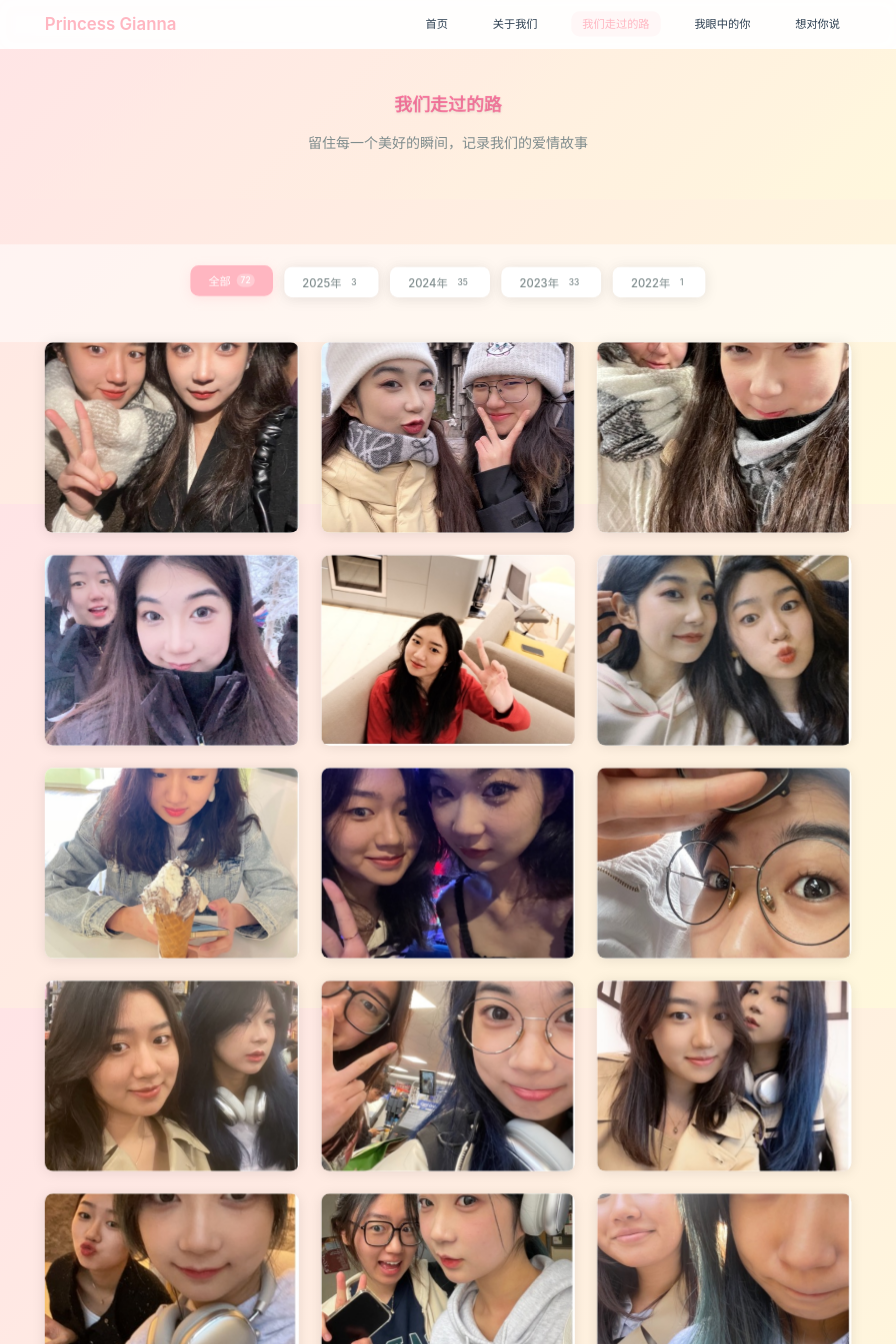
Repository: PrincessGianna/PrincessGianna.github.io
Page: pages/gallery.html
The author's editor kept a copy of each file at every save. The page is drawn from the files as they stood at one save, then again after the next save.
The browser window is 1280 px wide. The pictures show the part of the page from y = 0 to 1920 px (the page is 7881 px tall before and 720 px after), at 70% of full size.
Backgrounds fixed to the window are drawn as part of the page.

Above is the page before, as saved 2025-09-25 10:49:46.
Console error: ReferenceError: showTagModal is not defined

After the next save:
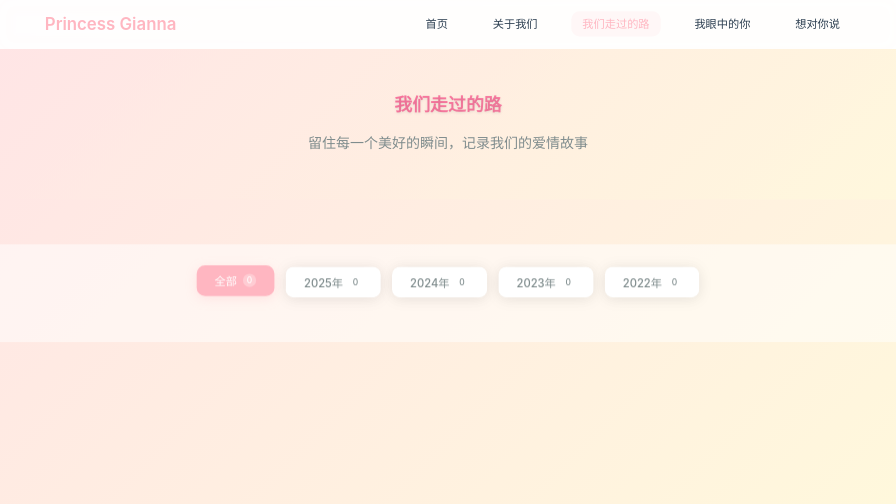
Saved 3 min 32 s later.
--- a/pages/gallery.html
+++ b/pages/gallery.html
@@ -128,150 +128,5 @@
     <script src="../js/gallery.js"></script>
     <script src="../js/main.js"></script>
 
-    <script>
-      // 动态生成照片网格
-      document.addEventListener("DOMContentLoaded", function () {
-        const galleryGrid = document.getElementById("gallery-grid");
-
-        galleryData.forEach((photo, index) => {
-          const galleryItem = document.createElement("div");
-          galleryItem.className = "gallery-item";
-          galleryItem.setAttribute("data-category", photo.year);
-          galleryItem.setAttribute("data-year", photo.year);
-
-          galleryItem.innerHTML = `
-                    <div class="gallery-card">
-                        <div class="gallery-image">
-                            <img src="${photo.image}" alt="${
-            photo.title
-          }" loading="lazy">
-                            <div class="image-overlay">
-                                <div class="overlay-content">
-                                    <h3 class="image-title">${photo.title}</h3>
-                                    <p class="image-date">${photo.date}</p>
-                                    <button class="view-btn" data-image="${
-                                      index + 1
-                                    }">
-                                        <svg viewBox="0 0 24 24">
-                                            <path d="M12 4.5C7 4.5 2.73 7.61 1 12c1.73 4.39 6 7.5 11 7.5s9.27-3.11 11-7.5c-1.73-4.39-6-7.5-11-7.5zM12 17c-2.76 0-5-2.24-5-5s2.24-5 5-5 5 2.24 5 5-2.24 5-5 5zm0-8c-1.66 0-3 1.34-3 3s1.34 3 3 3 3-1.34 3-3-1.34-3-3-3z"/>
-                                        </svg>
-                                    </button>
-                                </div>
-                            </div>
-                        </div>
-                    </div>
-                `;
-
-          galleryGrid.appendChild(galleryItem);
-        });
-
-        // 重新初始化筛选功能
-        initializeFilters();
-
-        // 重新初始化模态框功能
-        initializeModal();
-      });
-
-      // 筛选功能
-      function initializeFilters() {
-        const filterTabs = document.querySelectorAll(".filter-tab");
-        const galleryItems = document.querySelectorAll(".gallery-item");
-
-        filterTabs.forEach((tab) => {
-          tab.addEventListener("click", () => {
-            // 移除所有活动状态
-            filterTabs.forEach((t) => t.classList.remove("active"));
-            // 添加当前活动状态
-            tab.classList.add("active");
-
-            const filter = tab.getAttribute("data-filter");
-
-            galleryItems.forEach((item) => {
-              if (
-                filter === "all" ||
-                item.getAttribute("data-category") === filter
-              ) {
-                item.style.display = "block";
-              } else {
-                item.style.display = "none";
-              }
-            });
-          });
-        });
-      }
-
-      // 模态框功能
-      function initializeModal() {
-        const modal = document.getElementById("photo-modal");
-        const modalImage = document.getElementById("modal-image");
-        const modalTitle = document.getElementById("modal-title");
-        const modalDate = document.getElementById("modal-date");
-        const modalDescription = document.getElementById("modal-description");
-        const modalClose = document.getElementById("modal-close");
-        const modalBackdrop = document.querySelector(".modal-backdrop");
-
-        let currentImageIndex = 0;
-
-        // 打开模态框
-        document.addEventListener("click", (e) => {
-          if (e.target.closest(".view-btn")) {
-            const btn = e.target.closest(".view-btn");
-            currentImageIndex = parseInt(btn.getAttribute("data-image")) - 1;
-            showModal(currentImageIndex);
-          }
-        });
-
-        // 关闭模态框
-        function closeModal() {
-          modal.style.display = "none";
-          document.body.style.overflow = "auto";
-        }
-
-        modalClose.addEventListener("click", closeModal);
-        modalBackdrop.addEventListener("click", closeModal);
-
-        // 显示模态框
-        function showModal(index) {
-          const photo = galleryData[index];
-          modalImage.src = photo.image;
-          modalTitle.textContent = photo.title;
-          modalDate.textContent = photo.date;
-          modalDescription.textContent = photo.description;
-
-          modal.style.display = "flex";
-          document.body.style.overflow = "hidden";
-        }
-
-        // 上一张/下一张
-        document.getElementById("modal-prev").addEventListener("click", () => {
-          currentImageIndex =
-            currentImageIndex > 0
-              ? currentImageIndex - 1
-              : galleryData.length - 1;
-          showModal(currentImageIndex);
-        });
-
-        document.getElementById("modal-next").addEventListener("click", () => {
-          currentImageIndex =
-            currentImageIndex < galleryData.length - 1
-              ? currentImageIndex + 1
-              : 0;
-          showModal(currentImageIndex);
-        });
-
-        // 键盘导航
-        document.addEventListener("keydown", (e) => {
-          if (modal.style.display === "flex") {
-            if (e.key === "ArrowLeft") {
-              document.getElementById("modal-prev").click();
-            } else if (e.key === "ArrowRight") {
-              document.getElementById("modal-next").click();
-            } else if (e.key === "Escape") {
-              closeModal();
-            }
-          }
-        });
-      }
-    </script>
   </body>
 </html>
